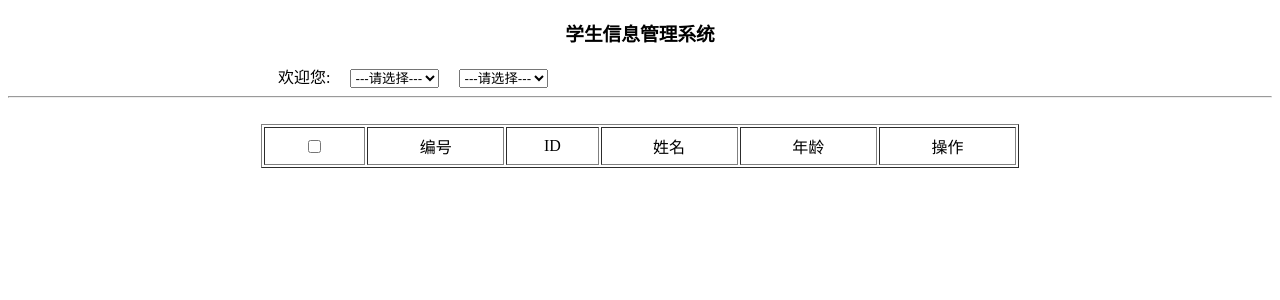
Repository: DataBoxWx/mvc_servlet_3
Page: http://localhost/crud_1/ajax/studentlist.jsp
The author's editor kept a copy of each file at every save. The page is drawn from the files as they stood at one save, then again after the next save.
The browser window is 1280 px wide. The pictures show the whole page.
The page is served by Tomcat 9.

Above is the page before, as saved 2018-05-08 06:29:51.

After the next save:
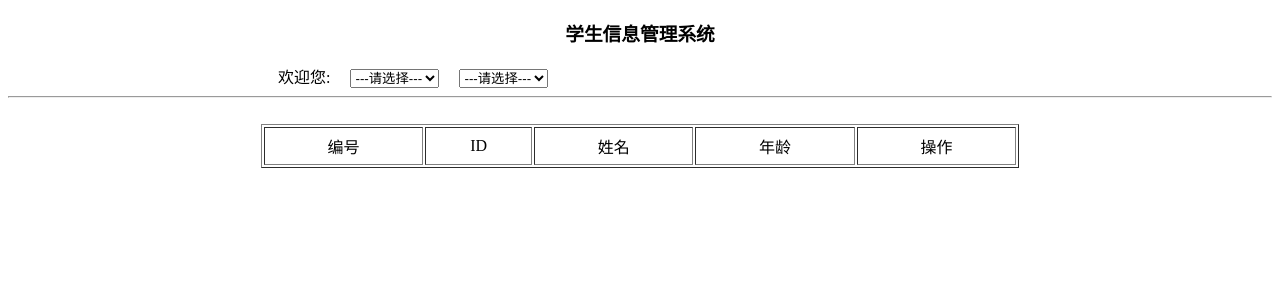
Saved 20 s later.
--- a/crud_1/WebContent/ajax/studentlist.jsp
+++ b/crud_1/WebContent/ajax/studentlist.jsp
@@ -47,7 +47,6 @@
 	<table align="center" border="1" cellpadding="6" width="60%">
 		<thead>
 			<tr>
-				<td><input type="checkbox" name="qx" id="topc"></td>
 				<td>编号</td>
 				<td>ID</td>
 				<td>姓名</td>
